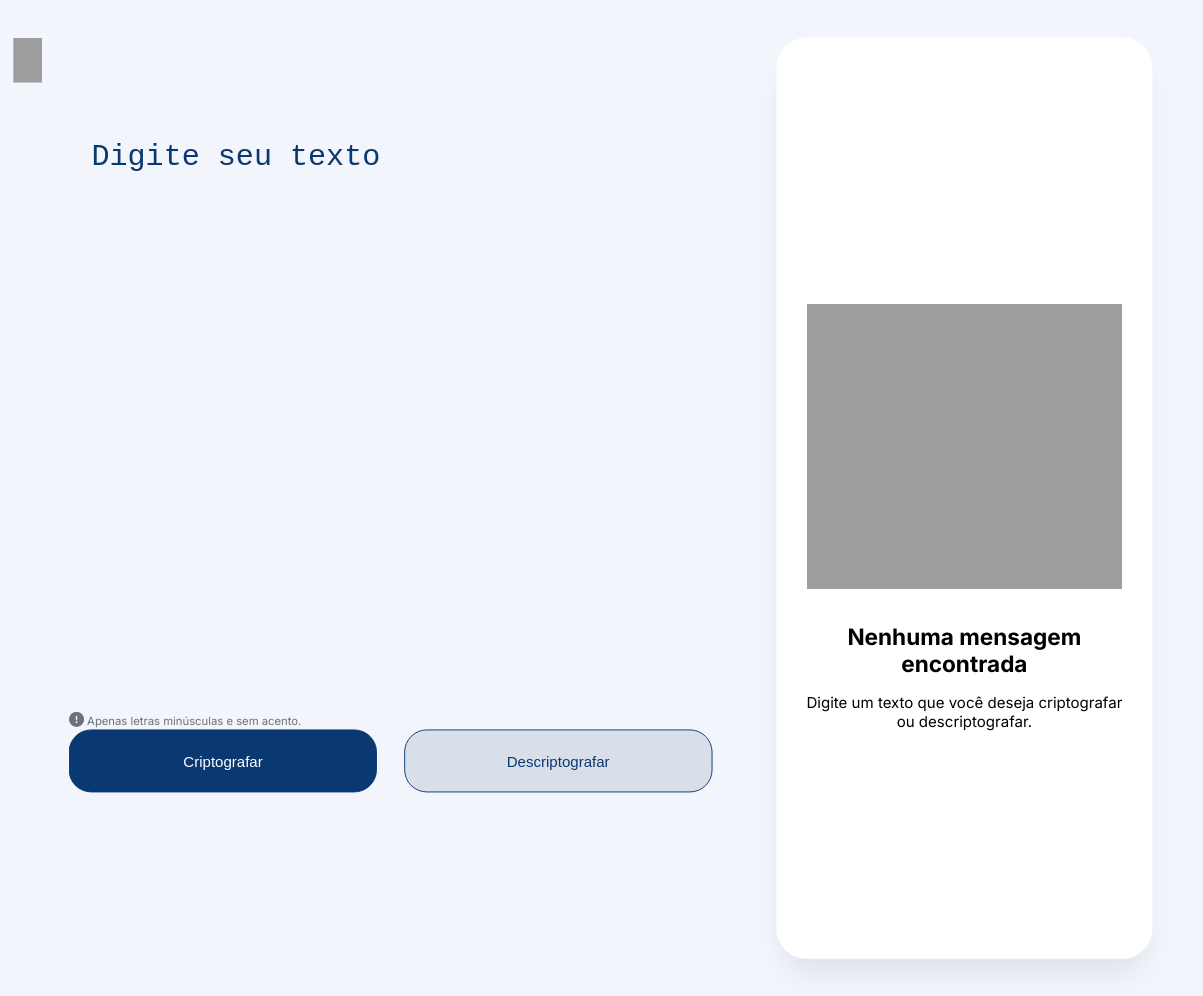
Repository: CarlosEduardoVdeOliveira/descodificador-de-texto
Page: index.html
These files come from the project's save history. The page is drawn as it stood at one moment and after the next save; the edit follows.
The browser window is 1280 px wide. The pictures show the whole page, at 94% of full size.
Pictures or frames that could not be fetched are drawn as grey boxes.

Above is the page before, as saved 2023-04-13 09:41:02.

### index.html
<!DOCTYPE html>
<html lang="en">
<head>
   <meta charset="UTF-8">
   <link rel="preconnect" href="https://fonts.googleapis.com">
   <link rel="preconnect" href="https://fonts.gstatic.com" crossorigin>
   <meta http-equiv="X-UA-Compatible" content="IE=edge">
   <meta name="viewport" content="width=device-width, initial-scale=1.0">
   <link href="https://fonts.googleapis.com/css2?family=Inter:wght@400;700&display=swap" rel="stylesheet">
   <link rel="stylesheet" href="https://cdnjs.cloudflare.com/ajax/libs/font-awesome/6.4.0/css/all.min.css" integrity="sha512-iecdLmaskl7CVkqkXNQ/ZH/XLlvWZOJyj7Yy7tcenmpD1ypASozpmT/E0iPtmFIB46ZmdtAc9eNBvH0H/ZpiBw==" crossorigin="anonymous" referrerpolicy="no-referrer" />
   <link rel="stylesheet" href="/public/styles/reset.css">
   <link rel="stylesheet" href="/public/styles/index.css">
   <link rel="stylesheet" href="/public/styles/tablet.css">
   <link rel="stylesheet" href="/public/styles/mobile.css">
   <title>Decodificador</title>
</head>
<body>
   <main>
      <img src="/public/images/imageLogo2.png"
         alt="letra a da logo da escola de programação Alura">
      <div class="highlight">
         <textarea class="textarea-input" placeholder="Digite seu texto" autofocus></textarea>
         <div class="info">
            <span>
               <i class="fa-solid fa-circle-exclamation"></i>
               Apenas letras minúsculas e sem acento.
            </span>
            <div class="info-group-button">
               <button class="button-cryptography">Criptografar</button>
               <button class="button-decryption">Descriptografar</button>
            </div>
         </div>
      </div>
      <div class="text-cryption">
         <img src="/public/images/imageHighLight.svg" alt="">
         <div>
            <h2>Nenhuma mensagem encontrada</h2>
            <p>
               Digite um texto que você deseja criptografar ou descriptografar.
            </p>
         </div>
      </div>
   </main>
   <script src="/public/scripts/index.js"></script>
</body>
</html>

### public/styles/reset.css
:root{
   --light-gray: #D8DFE8;
   --gray-100: #CED4DA;
   --gray-200: #ADB5BD;
   --gray-300: #868E96;
   --gray-400: #495057;
   --gray-500: #343A40;
   --light-blue-100: #F3F5FC;
   --light-blue-200: #EFF1FA;
   --light-blue-300: #E9ECF8;
   --light-blue-400: #AAB2D5;
   --light-blue-500: #757FB2;
   --dark-blue-100: #609ED4;
   --dark-blue-200: #356EA9;
   --dark-blue-300: #0A3871;
   --dark-blue-400: #072B61;
   --dark-blue-500: #052051;
}
*{
   margin: 0;
   padding: 0;
   box-sizing: border-box;
}

html{
   font-family:  'Inter', sans-serif;
   font-size: 1rem;
}

### public/styles/index.css
body{
   background-color: var(--light-blue-100);
}
img{
   width: 1.943rem;
   height: 3rem;
   margin-top: 2.5rem;
}
main {
   display: flex;
   justify-content: space-around;
   align-items: self-start;
   margin: 0 auto;
}
.highlight{
   display: flex;
   flex-direction: column;
   margin-top: 7.5rem;
}
textarea.textarea-input{
   width: 100%;
   height: 39.68rem;

   font-size: 32px;
   line-height: 150%;
   background-color: var(--light-blue-100);
   color: var(--dark-blue-300);
   border: none;
   resize: none;
   margin: 0 auto;
   padding: 1.5rem;
}
textarea.textarea-input:focus{
   outline: 0;
}

textarea.textarea-input::placeholder{
   color: var(--dark-blue-300);
}

.info i{
   color: var(--gray-400);
   font-size: 1rem;
}
.info span{
   font-size: 12px;
   color: var(--gray-400);
   line-height: 150%;
   opacity: 0.8;
   margin-bottom: 1rem;
}
button{
   padding: 1.5rem;
   gap: .5rem;
   width: 328px;
   height: 67px;
   border-radius: 1.5rem;
   cursor: pointer;
   font-size: 1rem;
   line-height: 19px;
   border: 1px solid var(--dark-blue-300);
   transition: all .2s;
}
.button-cryptography{
   background-color: var(--dark-blue-300);
   color: white;
   margin-right: 1.5rem;
}
.button-cryptography:hover{
   background-color: var(--dark-blue-400);
}
.button-decryption{
   background: var(--light-gray);
   color: var(--dark-blue-300);
}
.button-decryption:hover{
   background-color: var(--light-blue-200);
}
.text-cryption{
   width: 25rem;
   margin: 2.5rem;
   padding: 15.188rem 2rem;
   text-align: center;
   background-color: white;
   /* shadow */
   box-shadow: 0px 24px 32px -8px rgba(0, 0, 0, 0.08);
   border-radius: 32px;
}
.text-cryption img{
   width: 21rem;
   height: 19rem;
}
.text-cryption div{
   display: flex;
   flex-direction: column;

   margin-top: 2rem;
   padding: 0px;
   gap: 16px;
}

.button-copy-cryption{
   background-color: white;
}
.button-copy-cryption:hover{
   background-color: var(--light-blue-200);
}

### public/styles/tablet.css
@media (max-width: 768px) {
   main{
      display: block;
   }
   img{
      margin: 1rem;
   }
   .textarea-input{
      margin: 0 auto;
   }
   .info{
      display: flex;
      flex-direction: column;
      margin: 0 auto;
   }
   .text-cryption{
      width: 43rem;
      height: 8.313rem;
      padding: 0;
      margin: 1.5rem auto;
   }
   .text-cryption img{
      display: none;
   }
}

### public/styles/mobile.css
@media (max-width: 375px) {
   img{
      margin: 1rem;
   }
   .info{
      margin: 0 auto;
   }
   .info-group-button{
      display: flex;
      flex-direction: column;
   }
   .info-group-button .button-cryptography{
      margin-bottom: 1.5rem;
   }
   .text-cryption{
      width: 20.438rem;
      height: 11.625rem;
      padding: 0;
      margin: 1.5rem auto;
   }
}

### public/scripts/index.js
const elementTextarea = document.querySelector("textarea.textarea-input");
const areaCryption = document.querySelector(".text-cryption");
const buttonCryptography = document.querySelector(".button-cryptography");
const buttonDecryption = document.querySelector(".button-decryption");


function alterTextCryptionArea(){
   areaCryption.classList.remove('text-cryption')
   areaCryption.innerHTML = `
      <p>${elementTextarea.value}</p>
      <button class="button-copy-cryption">Copiar</button>
   `;
}
/*
function copyText(){
   const text = document.querySelector("format-text-cryption")
   text.select();
   document.execCommand('copy');
} */
/* document.querySelector("button-copy-cryption").onclick = copyText */
buttonCryptography.onclick = alterTextCryptionArea
buttonDecryption.onclick = alterTextCryptionArea

After the next save:
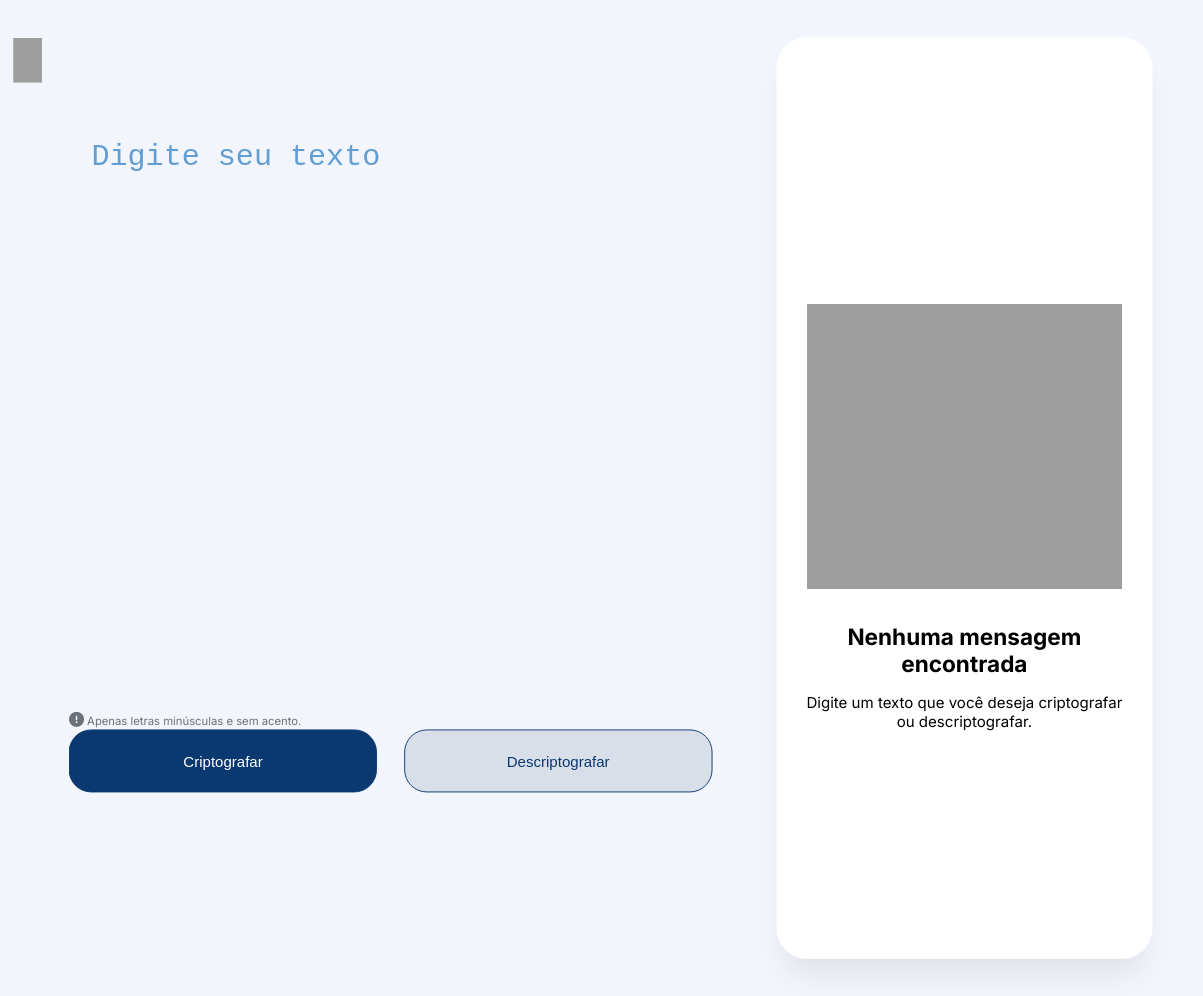
Saved 22 s later.
--- a/public/styles/index.css
+++ b/public/styles/index.css
@@ -35,7 +35,7 @@ textarea.textarea-input:focus{
 }
 
 textarea.textarea-input::placeholder{
-   color: var(--dark-blue-300);
+   color: var(--dark-blue-100);
 }
 
 .info i{

After the save that followed:
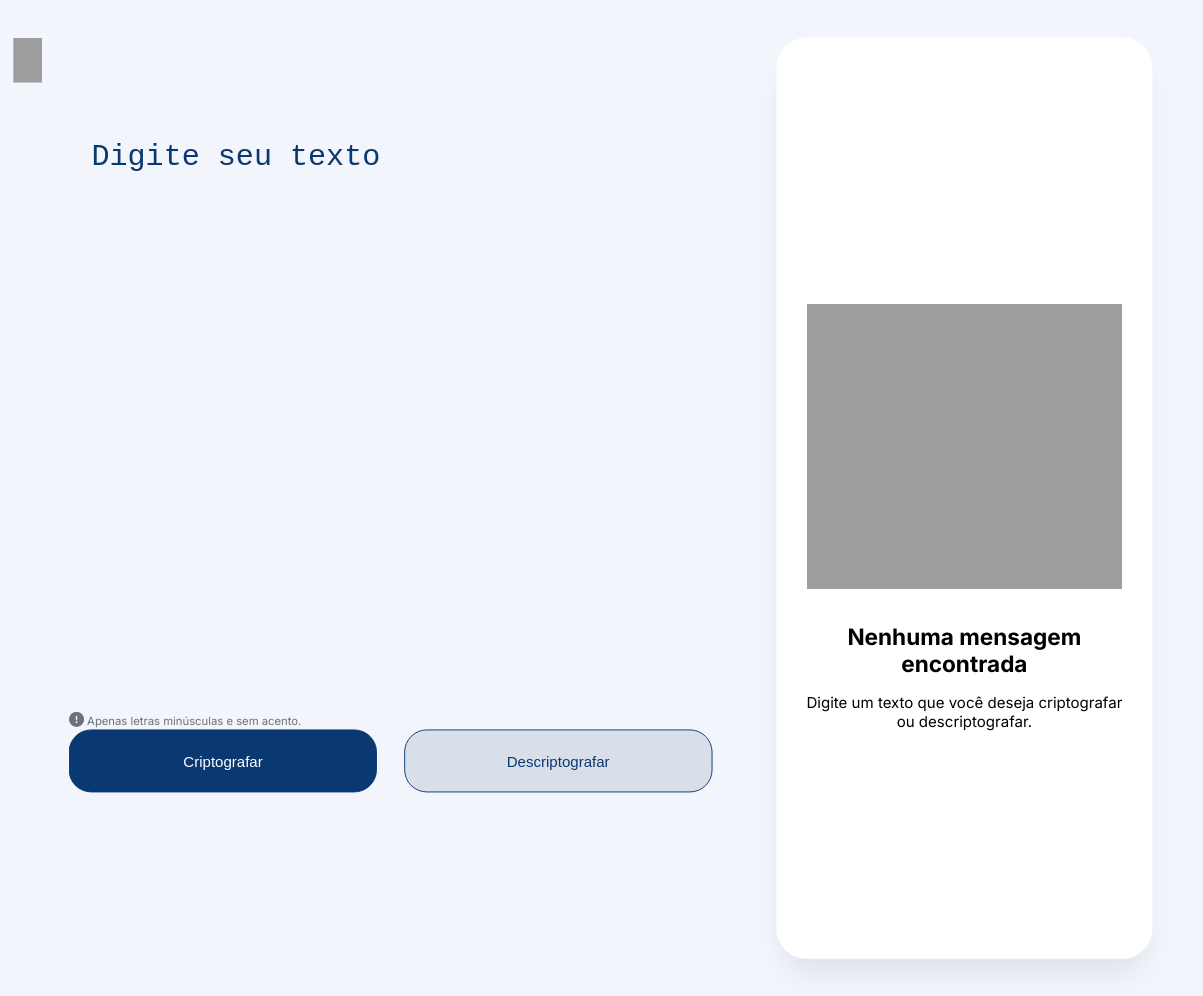
Saved 6 s later.
--- a/public/styles/index.css
+++ b/public/styles/index.css
@@ -35,7 +35,7 @@ textarea.textarea-input:focus{
 }
 
 textarea.textarea-input::placeholder{
-   color: var(--dark-blue-100);
+   color: var(--dark-blue-300);
 }
 
 .info i{
